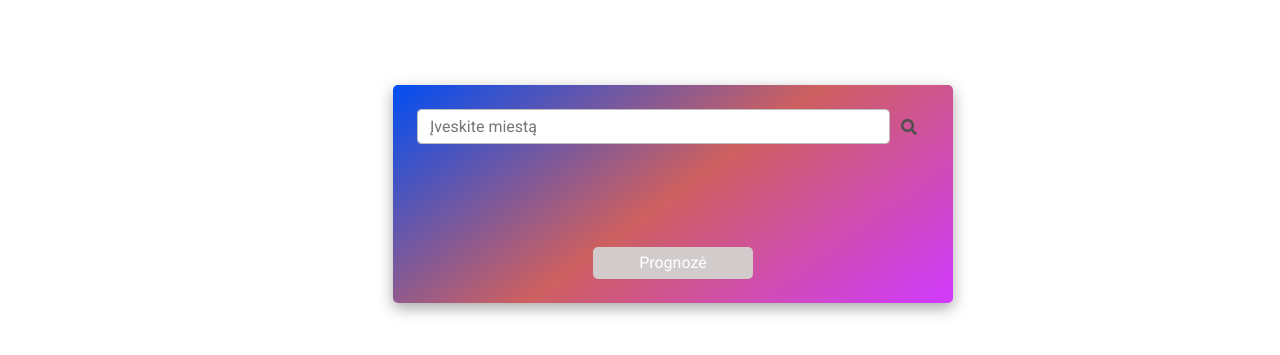
Repository: daxazz1/Weather-app
Page: index.html
The author's editor kept a copy of each file at every save. The page is drawn from the files as they stood at one save, then again after the next save.
The browser window is 1280 px wide. The pictures show the whole page.
Some web fonts or font styles are not loaded; a fallback is used. Some web libraries are served in a nearby version.

Above is the page before, as saved 2021-11-08 12:14:12.

After the next save:
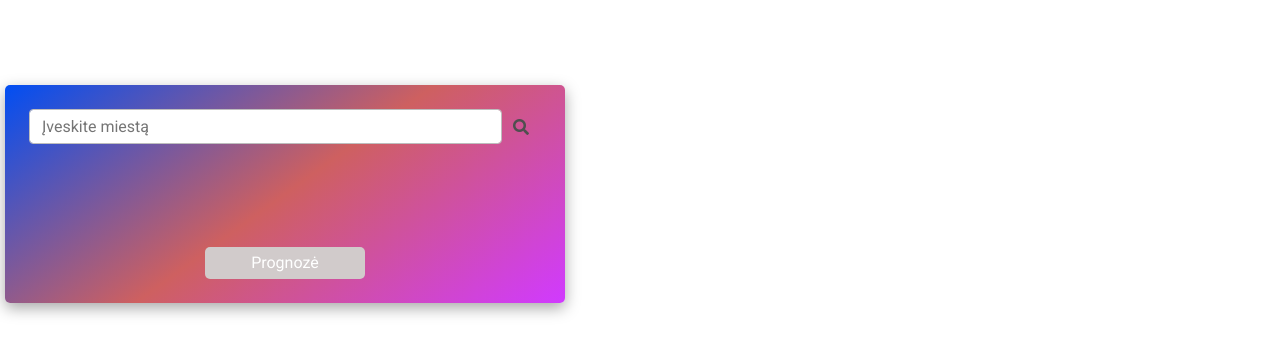
Saved 78 s later.
--- a/style.css
+++ b/style.css
@@ -1,5 +1,5 @@
 .content {
-  width: 70vh;
+  width: 100%;
   margin: auto;
   display: block;
   padding-top: 5rem;
